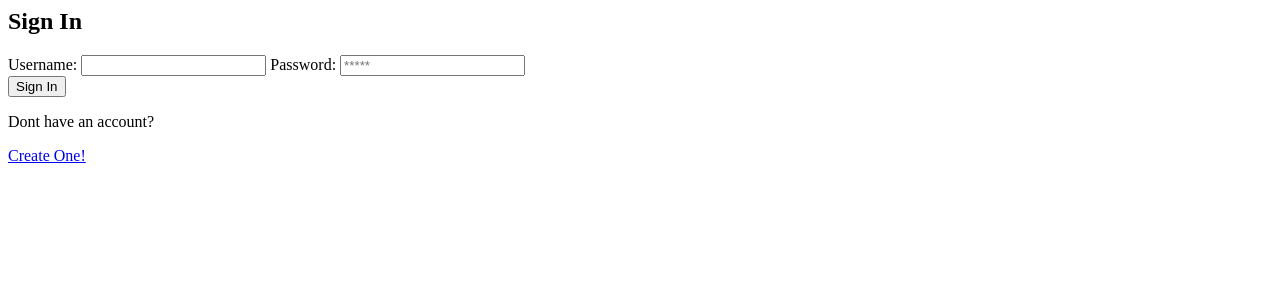
Repository: MikeMoore55/TheLibrary
Page: http://localhost/src/public/pages/sign-in.page.php
These files come from the project's save history. The page is drawn as it stood at one moment and after the next save; the edit follows.
The browser window is 1280 px wide. The pictures show the whole page.
The page is run by PHP 8.4 with error messages shown; the project is at /var/www/html/.

Above is the page before, as saved 2022-07-06 15:39:27.

### src/public/pages/sign-in.page.php
<!-- this is the page for when user whats to sign in to his/her library account -->

<main>
    <form class="sign-in-form form-control" action="home" method="POST">
        <h2>Sign In</h2>
        <label for="exampleFormControlInput1" class="form-label">
            Username:
        </label>
        <input type="text" class="form-control" id="exampleFormControlInput1" name="username">
        <label for="exampleFormControlInput2" class="form-label">
            Password:
        </label>
        <input type="password" class="form-control" id="exampleFormControlInput2" placeholder="*****" name="password">
        <br>
        <input type="submit" class="btn btn-primary mb-3" name="signIn" value="Sign In">
        <p>Dont have an account?</p>
        <a href="signUp">Create One!</a>
    </form>
</main>

After the next save:
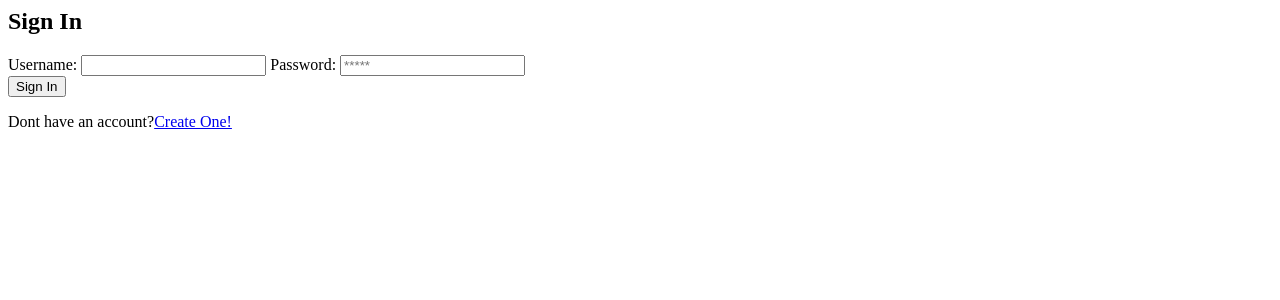
Saved 26 s later.
--- a/src/public/pages/sign-in.page.php
+++ b/src/public/pages/sign-in.page.php
@@ -13,7 +13,7 @@
         <input type="password" class="form-control" id="exampleFormControlInput2" placeholder="*****" name="password">
         <br>
         <input type="submit" class="btn btn-primary mb-3" name="signIn" value="Sign In">
-        <p>Dont have an account?</p>
-        <a href="signUp">Create One!</a>
+        <p>Dont have an account?<a href="signUp">Create One!</a></p>
+
     </form>
 </main>
